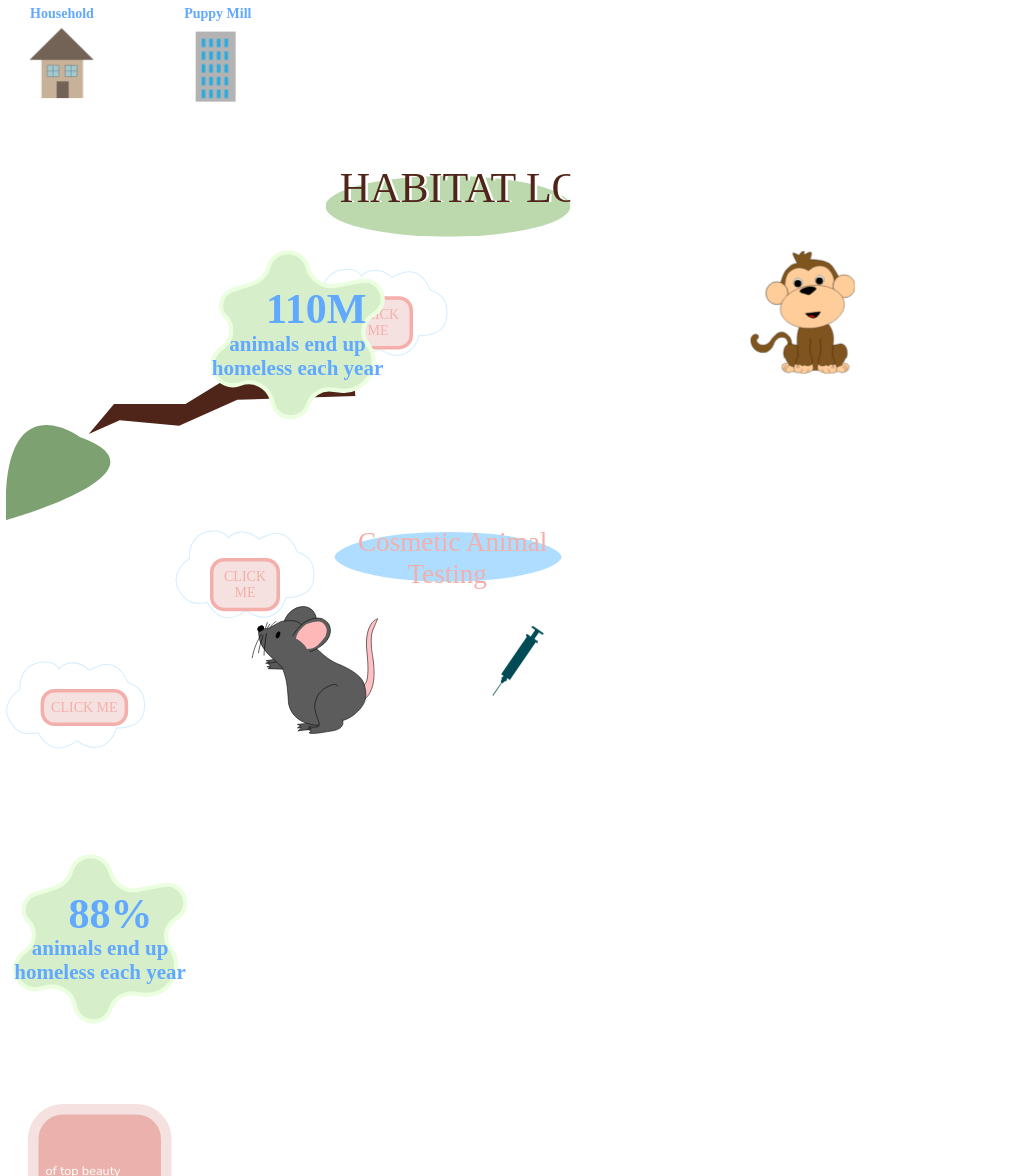
Repository: SoleilDagneau/MDIA2109Midterm
Page: index.html
The author's editor kept a copy of each file at every save. The page is drawn from the files as they stood at one save, then again after the next save.
The browser window is 1280 px wide. The page is 1472 px wide, so the pictures cover 1472 px, including what lies to the right of the window. The pictures show the part of the page from y = 1043 to 2723 px (the page is 3614 px tall before and 3694 px after), at 70% of full size.
Some web fonts or font styles are not loaded; a fallback is used.

Above is the page before, as saved 2022-03-03 19:56:39.
Console error: TypeError: Cannot set properties of null (setting 'innerText')

After the next save:
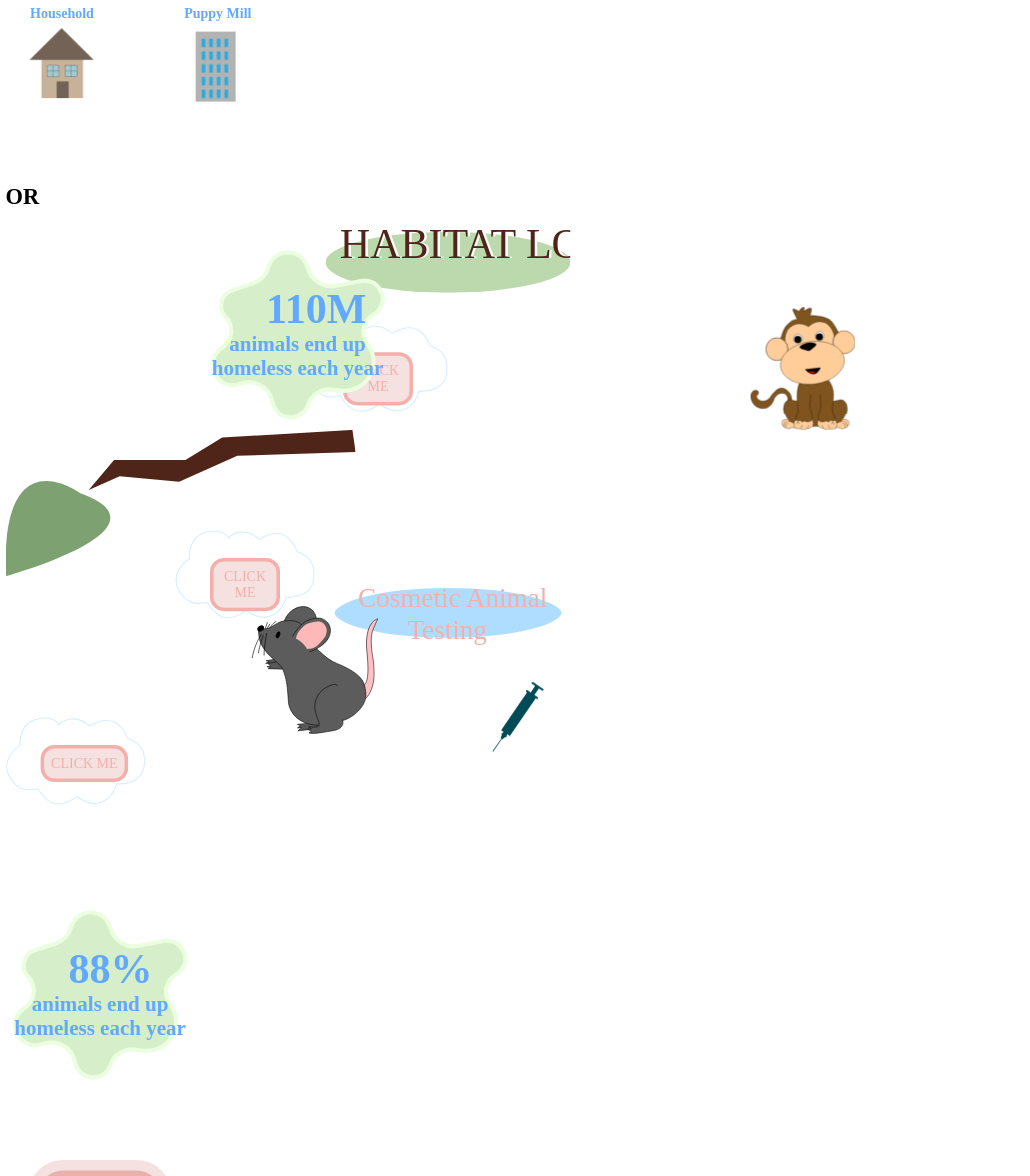
Saved 29 s later.
--- a/index.html
+++ b/index.html
@@ -49,7 +49,9 @@
             <h3 class="puppymill">Puppy Mill</h3>
             <img class="house" src="imgs/house.svg">
             <img class="tower" src="imgs/building.svg">
+            <h1 class="or">OR</h1>
         </div>
+
     </div>
 
     <div class="habitatloss">
